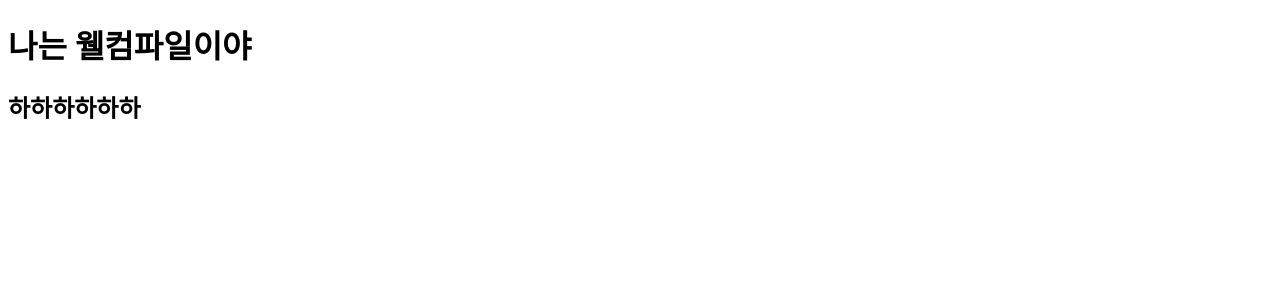
Repository: dongja86/spring
Page: http://localhost/springProject/
An editor plug-in stored every save of this project. The page is shown before and after the next save, followed by the edit.
The browser window is 1280 px wide. The pictures show the whole page.
The page is served by Tomcat 9. Other server files are loaded and not shown.

Above is the page before, as saved 2024-04-16 00:43:34.

### springProject/src/main/webapp/index.jsp
<%@ page language="java" contentType="text/html; charset=UTF-8"
    pageEncoding="UTF-8"%>
<!DOCTYPE html>
<html>
<head>
<meta charset="UTF-8">
<title>index</title>
</head>
<body>

		<h1> 나는 웰컴파일이야 </h1>

		<h2> 하하하하하하 </h2>
</body>
</html>

After the next save:
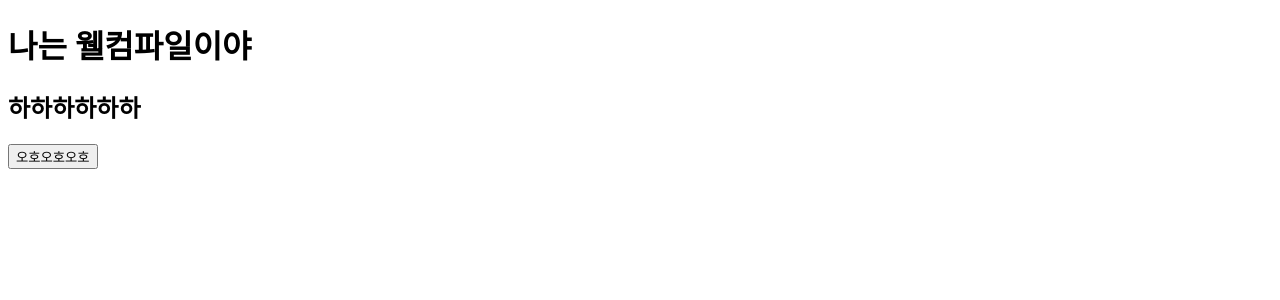
Saved 16 s later.
--- a/springProject/src/main/webapp/index.jsp
+++ b/springProject/src/main/webapp/index.jsp
@@ -11,5 +11,7 @@
 		<h1> 나는 웰컴파일이야 </h1>
 
 		<h2> 하하하하하하 </h2>
+
+		<button> 오호오호오호 </button>
 </body>
 </html>
